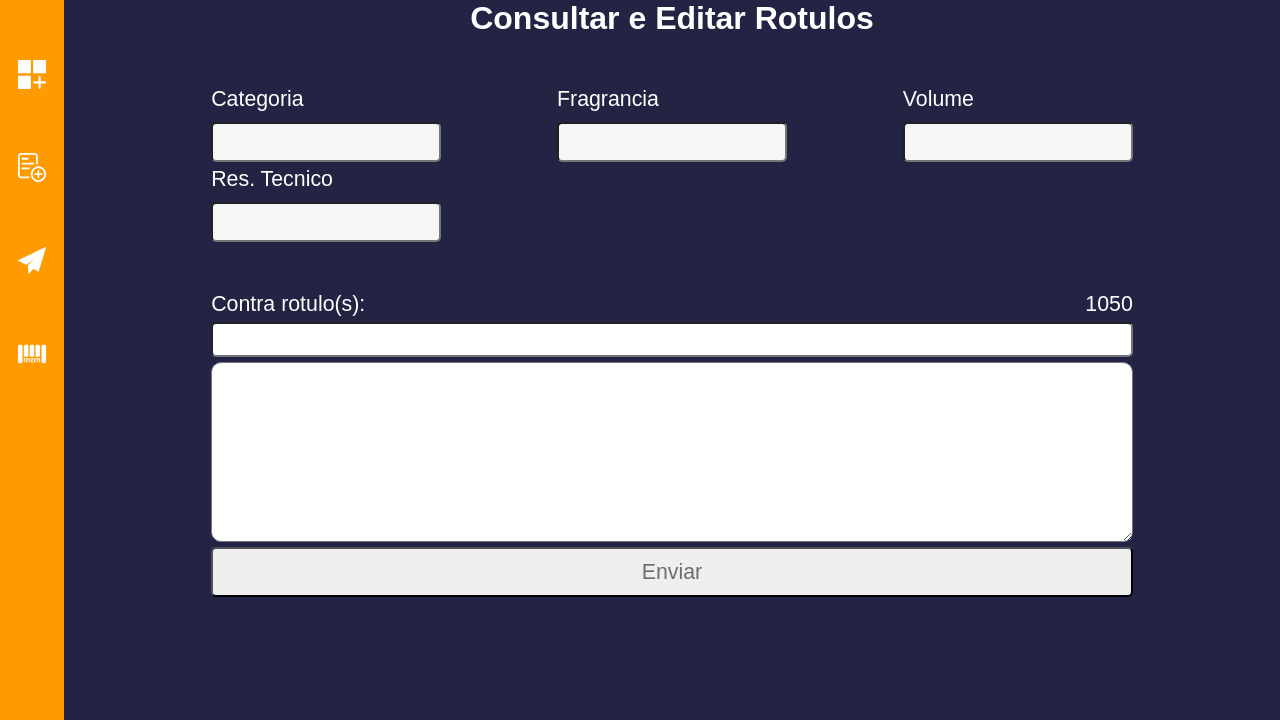
Repository: jeanjanrley/Organizador-de-rotulos
Page: /consultar
The author's editor kept a copy of each file at every save. The page is drawn from the files as they stood at one save, then again after a run of saves.
The browser window is 1280 px wide. The pictures show the whole page.
The project was rebuilt for these pictures with package versions that can differ from the ones it lists, and the page was loaded fresh each time. Also part of the build but not shown: src/pages/home/Home.js.

Above is the page before, as saved 2021-06-26 15:55:54.

After the next 7 saves:
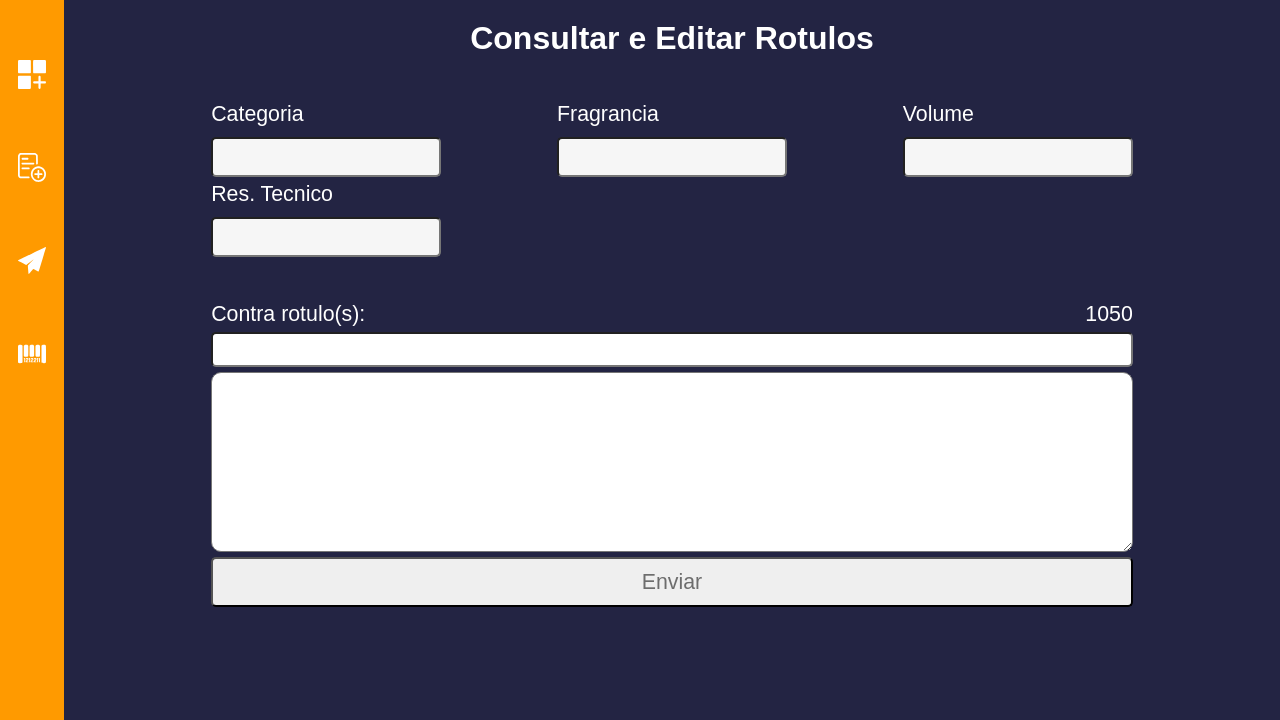
The 7 saves are shown as one change because they came seconds apart.
The last was saved 33 s later.
--- a/src/pages/home/styles.scss
+++ b/src/pages/home/styles.scss
@@ -1,5 +1,6 @@
 .Home{
-    gap: 50px;
+    padding-top: 20px;
+    gap: 45px;
 
     .filterArea{
         display: flex;
